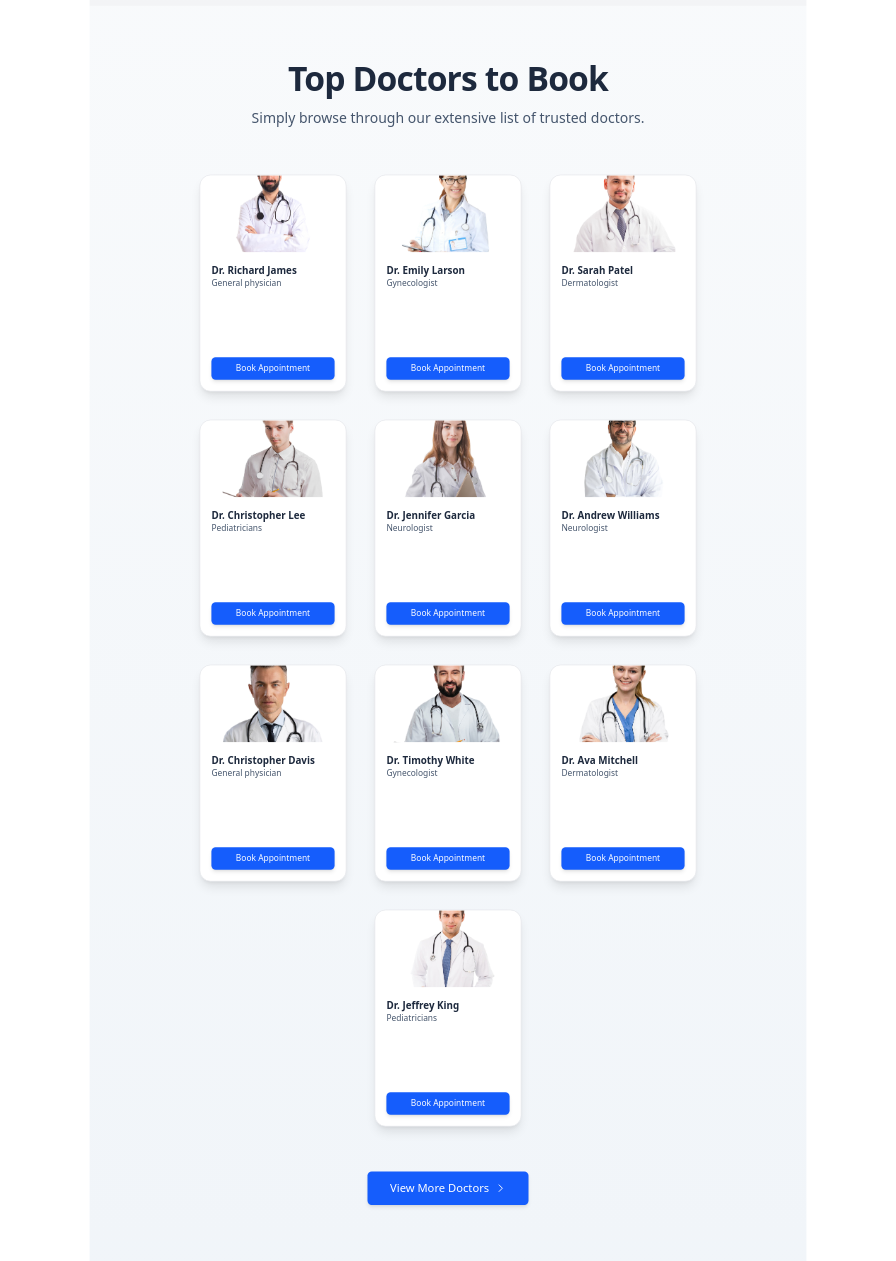
Repository: Pran2535/appointement_booking
Page: / (app in frontend/)
An editor plug-in stored every save of this project. The page is shown before and after the next save, followed by the edit.
The browser window is 1280 px wide. The pictures show the part of the page from y = 1448 to 3368 px (the page is 3250 px tall before and 3450 px after), at 70% of full size.
The project was rebuilt for these pictures with package versions that can differ from the ones it lists, and the page was loaded fresh each time. Also part of the build but not shown: frontend/vite.config.js, frontend/src/pages/About.jsx, frontend/src/pages/MyAppointments.jsx, frontend/src/pages/Doctors.jsx, frontend/src/pages/Login.jsx, frontend/src/pages/Contact.jsx, frontend/src/pages/MyProfile.jsx, frontend/src/pages/Appointment.jsx.

Above is the page before, as saved 2025-02-16 21:53:21.

After the next save:
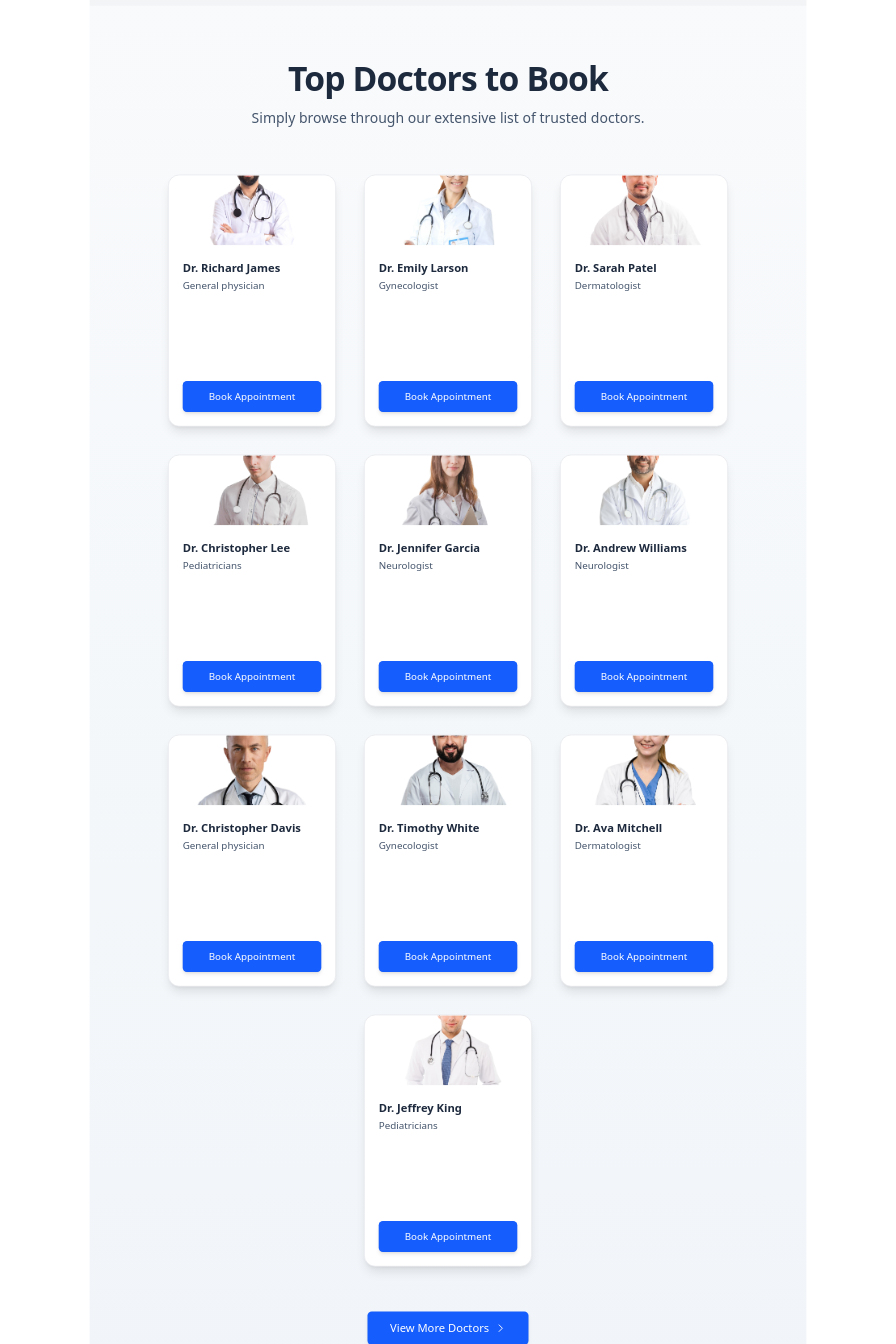
Saved 2 min 13 s later.
--- a/frontend/src/components/TopDoctors.jsx
+++ b/frontend/src/components/TopDoctors.jsx
@@ -20,10 +20,10 @@ const TopDoctors = () => {
           {doctors.slice(0, 10).map((doctor, index) => (
             <div
               key={index}
-              className="group w-[210px] h-[310px] bg-white rounded-2xl shadow-lg transition-transform duration-300 transform hover:-translate-y-3 hover:shadow-2xl flex flex-col overflow-hidden border border-gray-200"
+              className="group w-[240px] h-[360px] bg-white rounded-2xl shadow-lg transition-transform duration-300 transform hover:-translate-y-3 hover:shadow-2xl flex flex-col overflow-hidden border border-gray-200"
             >
               {/* Image Container */}
-              <div className="relative h-[110px] overflow-hidden">
+              <div className="relative h-[100px] overflow-hidden">
                 <img
                   src={doctor.image}
                   alt={doctor.name}
@@ -32,16 +32,16 @@ const TopDoctors = () => {
               </div>
 
               {/* Details Container */}
-              <div className="flex-grow p-4 flex flex-col justify-between">
+              <div className="flex-grow p-5 flex flex-col justify-between">
                 <div>
-                  <h3 className="text-sm font-semibold text-slate-800">
+                  <h3 className="text-base font-semibold text-slate-800">
                     {doctor.name}
                   </h3>
-                  <p className="text-xs text-slate-600">
+                  <p className="text-sm text-slate-600 mt-1">
                     {doctor.speciality}
                   </p>
                 </div>
-                <button className="mt-2 py-2 px-3 bg-blue-600 text-white rounded-md text-xs font-medium hover:bg-blue-700 transition-colors duration-300 shadow-md hover:shadow-lg">
+                <button className="mt-3 py-3 px-4 bg-blue-600 text-white rounded-md text-sm font-medium hover:bg-blue-700 transition-colors duration-300 shadow-md hover:shadow-lg">
                   Book Appointment
                 </button>
               </div>
